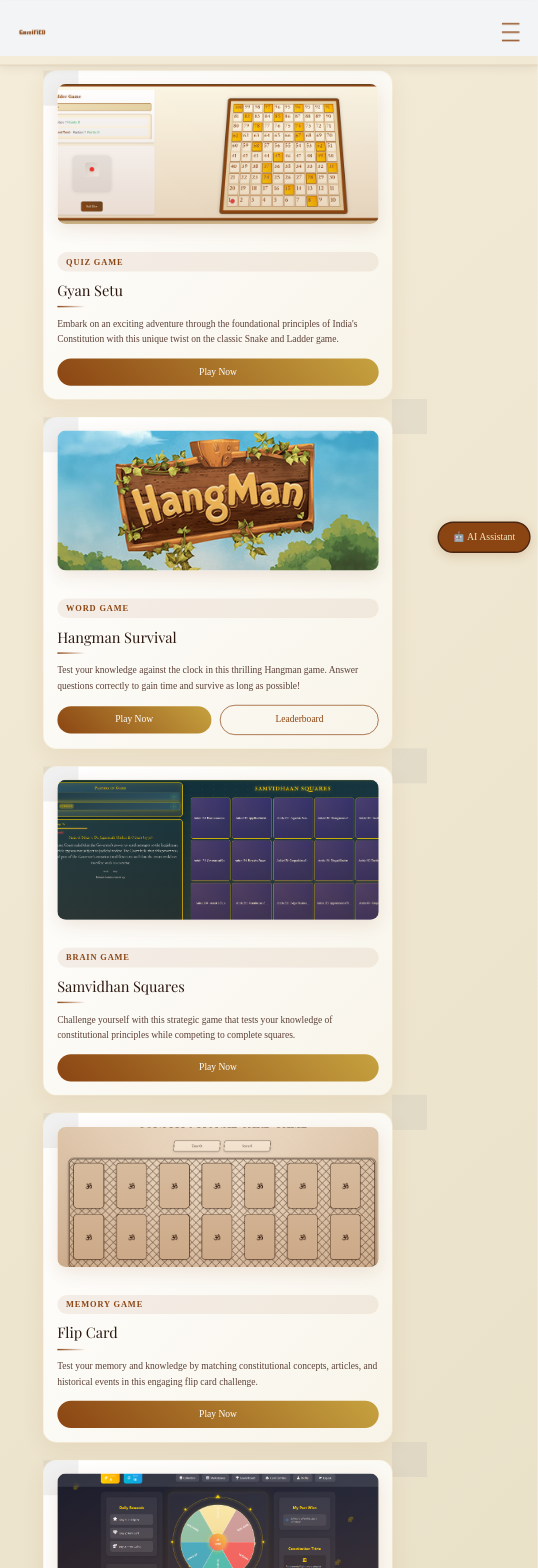
Repository: Team-4i/iks
Page: users/templates/users/game_library.html
An editor plug-in stored every save of this project. The page is shown before and after the next save, followed by the edit.
The browser window is 768 px wide. The pictures show the part of the page from y = 0 to 2240 px (the page is 2670 px tall before and 2730 px after), at 70% of full size.
Pictures or frames that could not be fetched are drawn as grey boxes. Some web fonts or font styles are not loaded; a fallback is used. Some web libraries are served in a nearby version. The template is drawn by Django 5.2. The application's start-up code is not run. The template is opened directly, without the code that normally fills it, so the values that code supplies are empty.

Above is the page before, as saved 2025-04-18 23:10:36.

After the next save:
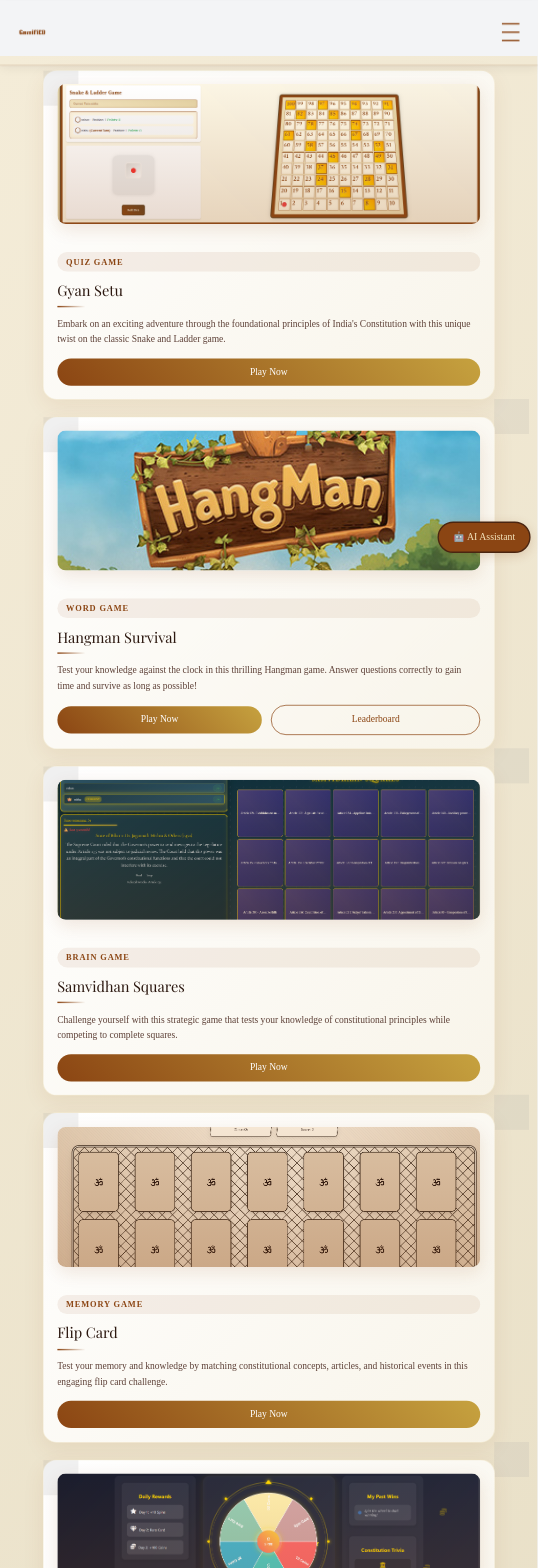
Saved 44 s later.
--- a/users/static/css/game1.css
+++ b/users/static/css/game1.css
@@ -1,9 +1,9 @@
 .game-library {
-    min-height: 100vh;
-    padding: 100px 8% 60px;
+    min-height: 100%;
+    padding: 100px 8% 120px;
     background: linear-gradient(135deg, #F4ECD8 0%, #E8DFC6 100%);
     position: relative;
-    overflow-y: auto;
+    overflow-y: visible;
     overflow-x: hidden;
 }
 
@@ -16,7 +16,8 @@
     max-width: 1500px;
     margin-top: -5rem;
     height: auto;
-    padding-bottom: 50px;
+    min-height: auto;
+    padding-bottom: 100px;
 }
 
 .game-card {
@@ -259,7 +260,7 @@
 @media (max-width: 768px) {
     .game-grid {
         grid-template-columns: 1fr;
-        max-width: 500px;
+        padding-bottom: 50px;
     }
 
     .game-card {
@@ -321,3 +322,10 @@
     animation: fadeInUp 0.7s cubic-bezier(0.4, 0, 0.2, 1) forwards;
     animation-delay: calc(var(--card-index) * 0.15s);
 }
+
+/* Fix container height issue */
+body, html {
+    height: auto;
+    min-height: 100%;
+    overflow-y: auto !important;
+}

After the save that followed:
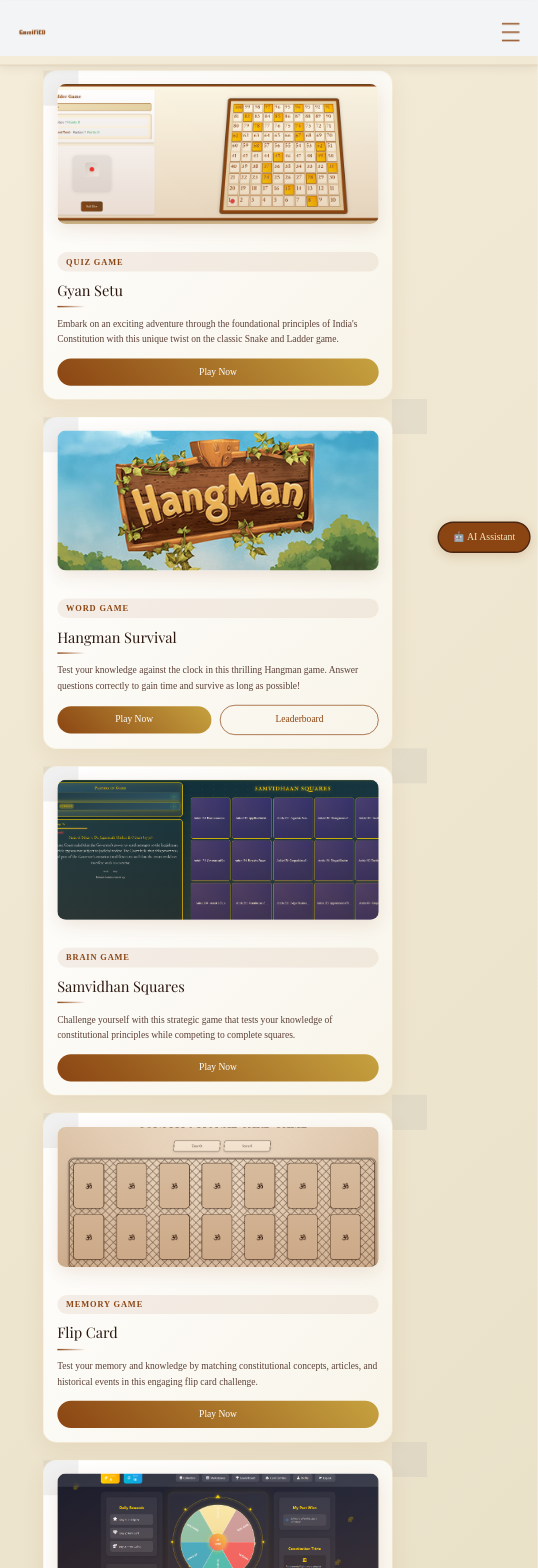
Saved 12 s later.
--- a/users/static/css/game1.css
+++ b/users/static/css/game1.css
@@ -1,9 +1,9 @@
 .game-library {
-    min-height: 100%;
-    padding: 100px 8% 120px;
+    min-height: 100vh;
+    padding: 100px 8% 60px;
     background: linear-gradient(135deg, #F4ECD8 0%, #E8DFC6 100%);
     position: relative;
-    overflow-y: visible;
+    overflow-y: auto;
     overflow-x: hidden;
 }
 
@@ -16,8 +16,7 @@
     max-width: 1500px;
     margin-top: -5rem;
     height: auto;
-    min-height: auto;
-    padding-bottom: 100px;
+    padding-bottom: 50px;
 }
 
 .game-card {
@@ -260,7 +259,7 @@
 @media (max-width: 768px) {
     .game-grid {
         grid-template-columns: 1fr;
-        padding-bottom: 50px;
+        max-width: 500px;
     }
 
     .game-card {
@@ -322,10 +321,3 @@
     animation: fadeInUp 0.7s cubic-bezier(0.4, 0, 0.2, 1) forwards;
     animation-delay: calc(var(--card-index) * 0.15s);
 }
-
-/* Fix container height issue */
-body, html {
-    height: auto;
-    min-height: 100%;
-    overflow-y: auto !important;
-}
